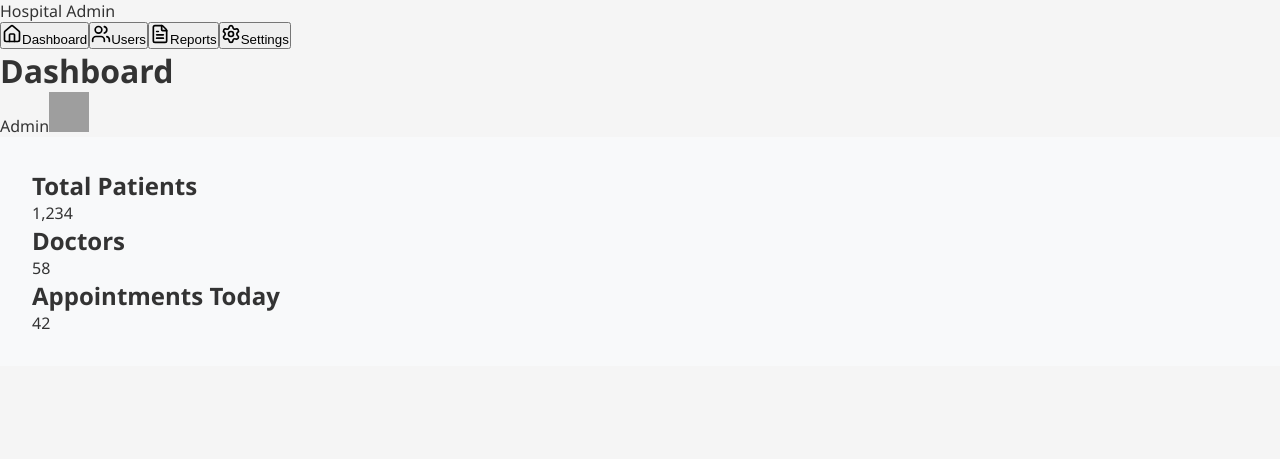
Repository: Ndegwa2/Kenyatta
Page: /admin (app in hospital-system/frontend/)
These files come from the project's save history. The page is drawn as it stood at one moment and after the next save; the edit follows.
The browser window is 1280 px wide. The pictures show the whole page.
Pictures or frames that could not be fetched are drawn as grey boxes. The project was rebuilt for these pictures with package versions that can differ from the ones it lists, and the page was loaded fresh each time. Also part of the build but not shown: hospital-system/frontend/src/services/auth.js, hospital-system/frontend/src/pages/Login.jsx, hospital-system/frontend/src/components/Navbar.jsx, hospital-system/frontend/src/components/Sidebar.jsx, hospital-system/frontend/src/components/TicketCard.jsx, hospital-system/frontend/src/services/api.js, hospital-system/frontend/src/pages/PatientDashboard.jsx, hospital-system/frontend/src/pages/DepartmentDashboard.jsx and 1 more.

Above is the page before, as saved 2025-10-16 23:25:22.

### hospital-system/frontend/public/index.html
<!DOCTYPE html>
<html lang="en">
<head>
    <meta charset="UTF-8">
    <meta name="viewport" content="width=device-width, initial-scale=1.0">
    <title>Hospital Management System</title>
</head>
<body>
    <div id="root"></div>
</body>
</html>

### hospital-system/frontend/src/App.jsx
import React from 'react';
import { BrowserRouter as Router, Routes, Route } from 'react-router-dom';
import './App.css';
import Login from './pages/Login';
import PatientDashboard from './pages/PatientDashboard';
import DepartmentDashboard from './pages/DepartmentDashboard';
import AdminDashboard from './pages/AdminDashboard';
import CasualDashboard from './pages/CasualDashboard';

function App() {
  return (
    <Router>
      <div className="App">
        <Routes>
          <Route path="/" element={<Login />} />
          <Route path="/patient" element={<PatientDashboard />} />
          <Route path="/department" element={<DepartmentDashboard />} />
          <Route path="/admin" element={<AdminDashboard />} />
          <Route path="/casual" element={<CasualDashboard />} />
        </Routes>
      </div>
    </Router>
  );
}

export default App;

### hospital-system/frontend/src/App.css
/* Global Styles */
* {
  margin: 0;
  padding: 0;
  box-sizing: border-box;
}

body {
  font-family: 'Segoe UI', Tahoma, Geneva, Verdana, sans-serif;
  background-color: #f5f5f5;
  color: #333;
}

.App {
  min-height: 100vh;
}

/* Login Styles */
.login {
  display: flex;
  justify-content: center;
  align-items: center;
  min-height: 100vh;
  background: linear-gradient(135deg, #667eea 0%, #764ba2 100%);
}

.login h2 {
  text-align: center;
  margin-bottom: 2rem;
  color: #fff;
  font-size: 2rem;
}

.login form {
  background: white;
  padding: 3rem;
  border-radius: 10px;
  box-shadow: 0 10px 25px rgba(0, 0, 0, 0.1);
  width: 100%;
  max-width: 400px;
}

.login input {
  width: 100%;
  padding: 1rem;
  margin-bottom: 1rem;
  border: 1px solid #ddd;
  border-radius: 5px;
  font-size: 1rem;
}

.login input:focus {
  outline: none;
  border-color: #667eea;
  box-shadow: 0 0 0 2px rgba(102, 126, 234, 0.1);
}

.login button {
  width: 100%;
  padding: 1rem;
  background: linear-gradient(135deg, #667eea 0%, #764ba2 100%);
  color: white;
  border: none;
  border-radius: 5px;
  font-size: 1rem;
  cursor: pointer;
  transition: transform 0.2s;
}

.login button:hover {
  transform: translateY(-2px);
}

/* Dashboard Styles */
.dashboard {
  display: flex;
  min-height: 100vh;
}

.content {
  display: flex;
  flex: 1;
}

main {
  flex: 1;
  padding: 2rem;
  background-color: #f8f9fa;
}

/* Navbar Styles */
.navbar {
  background: white;
  padding: 1rem 2rem;
  box-shadow: 0 2px 4px rgba(0, 0, 0, 0.1);
  margin-bottom: 2rem;
  border-radius: 8px;
}

.navbar h1 {
  color: #667eea;
}

/* Sidebar Styles */
.sidebar {
  width: 250px;
  background: white;
  padding: 2rem 1rem;
  box-shadow: 2px 0 4px rgba(0, 0, 0, 0.1);
}

.sidebar nav ul {
  list-style: none;
}

.sidebar nav li {
  margin-bottom: 1rem;
}

.sidebar nav a {
  display: block;
  padding: 0.75rem 1rem;
  text-decoration: none;
  color: #333;
  border-radius: 5px;
  transition: background-color 0.2s;
}

.sidebar nav a:hover,
.sidebar nav a.active {
  background-color: #667eea;
  color: white;
}

/* Card Styles */
.ticket-card {
  background: white;
  padding: 1.5rem;
  border-radius: 8px;
  box-shadow: 0 2px 4px rgba(0, 0, 0, 0.1);
  margin-bottom: 1rem;
  transition: transform 0.2s, box-shadow 0.2s;
}

.ticket-card:hover {
  transform: translateY(-2px);
  box-shadow: 0 4px 8px rgba(0, 0, 0, 0.15);
}

.ticket-card h3 {
  color: #667eea;
  margin-bottom: 0.5rem;
}

.ticket-card p {
  color: #666;
  margin-bottom: 0.5rem;
}

/* Status Badges */
.status-open {
  background-color: #28a745;
  color: white;
  padding: 0.25rem 0.5rem;
  border-radius: 12px;
  font-size: 0.75rem;
}

.status-in-progress {
  background-color: #ffc107;
  color: #212529;
  padding: 0.25rem 0.5rem;
  border-radius: 12px;
  font-size: 0.75rem;
}

.status-closed {
  background-color: #6c757d;
  color: white;
  padding: 0.25rem 0.5rem;
  border-radius: 12px;
  font-size: 0.75rem;
}

/* Button Styles */
.btn {
  padding: 0.5rem 1rem;
  border: none;
  border-radius: 5px;
  cursor: pointer;
  font-size: 0.9rem;
  transition: background-color 0.2s;
}

.btn-primary {
  background-color: #667eea;
  color: white;
}

.btn-primary:hover {
  background-color: #5a6fd8;
}

.btn-secondary {
  background-color: #6c757d;
  color: white;
}

.btn-secondary:hover {
  background-color: #5a6268;
}

/* Form Styles */
.form-group {
  margin-bottom: 1rem;
}

.form-group label {
  display: block;
  margin-bottom: 0.5rem;
  font-weight: 500;
}

.form-control {
  width: 100%;
  padding: 0.75rem;
  border: 1px solid #ddd;
  border-radius: 5px;
  font-size: 1rem;
}

.form-control:focus {
  outline: none;
  border-color: #667eea;
  box-shadow: 0 0 0 2px rgba(102, 126, 234, 0.1);
}

/* Utility Classes */
.text-center {
  text-align: center;
}

.mb-3 {
  margin-bottom: 1rem;
}

.mt-3 {
  margin-top: 1rem;
}

.d-flex {
  display: flex;
}

.justify-between {
  justify-content: space-between;
}

.align-center {
  align-items: center;
}

/* Responsive Design */
@media (max-width: 768px) {
  .content {
    flex-direction: column;
  }

  .sidebar {
    width: 100%;
    order: 2;
  }

  main {
    order: 1;
  }

  .login form {
    padding: 2rem;
  }
}

### hospital-system/frontend/src/pages/AdminDashboard.jsx
// src/pages/AdminDashboard.jsx
import { useState } from "react";
import { Home, Users, FileText, Settings } from "lucide-react";

export default function AdminDashboard() {
  const [active, setActive] = useState("Dashboard");

  const menuItems = [
    { name: "Dashboard", icon: <Home size={20} /> },
    { name: "Users", icon: <Users size={20} /> },
    { name: "Reports", icon: <FileText size={20} /> },
    { name: "Settings", icon: <Settings size={20} /> },
  ];

  return (
    <div className="flex h-screen bg-gray-100">
      {/* Sidebar */}
      <aside className="w-64 bg-blue-900 text-white flex flex-col">
        <div className="p-4 font-bold text-xl border-b border-blue-700">
          Hospital Admin
        </div>
        <nav className="flex-1 p-2">
          {menuItems.map((item) => (
            <button
              key={item.name}
              onClick={() => setActive(item.name)}
              className={`flex items-center w-full px-4 py-2 mb-2 rounded-lg ${
                active === item.name
                  ? "bg-blue-700 text-white"
                  : "text-gray-200 hover:bg-blue-800"
              }`}
            >
              {item.icon}
              <span className="ml-3">{item.name}</span>
            </button>
          ))}
        </nav>
      </aside>

      {/* Main Content */}
      <div className="flex-1 flex flex-col">
        {/* Header */}
        <header className="bg-white shadow p-4 flex justify-between items-center">
          <h1 className="text-xl font-semibold">{active}</h1>
          <div className="flex items-center space-x-4">
            <span className="text-gray-600">Admin</span>
            <img
              src="https://i.pravatar.cc/40"
              alt="avatar"
              className="w-10 h-10 rounded-full"
            />
          </div>
        </header>

        {/* Dashboard Content */}
        <main className="p-6 grid grid-cols-1 md:grid-cols-3 gap-6">
          <div className="bg-white rounded-xl shadow p-6">
            <h2 className="text-gray-600 text-sm">Total Patients</h2>
            <p className="text-2xl font-bold mt-2">1,234</p>
          </div>

          <div className="bg-white rounded-xl shadow p-6">
            <h2 className="text-gray-600 text-sm">Doctors</h2>
            <p className="text-2xl font-bold mt-2">58</p>
          </div>

          <div className="bg-white rounded-xl shadow p-6">
            <h2 className="text-gray-600 text-sm">Appointments Today</h2>
            <p className="text-2xl font-bold mt-2">42</p>
          </div>
        </main>
      </div>
    </div>
  );
}

Loaded but not shown: hospital-system/frontend/src/index.js (common file)

After the next save:
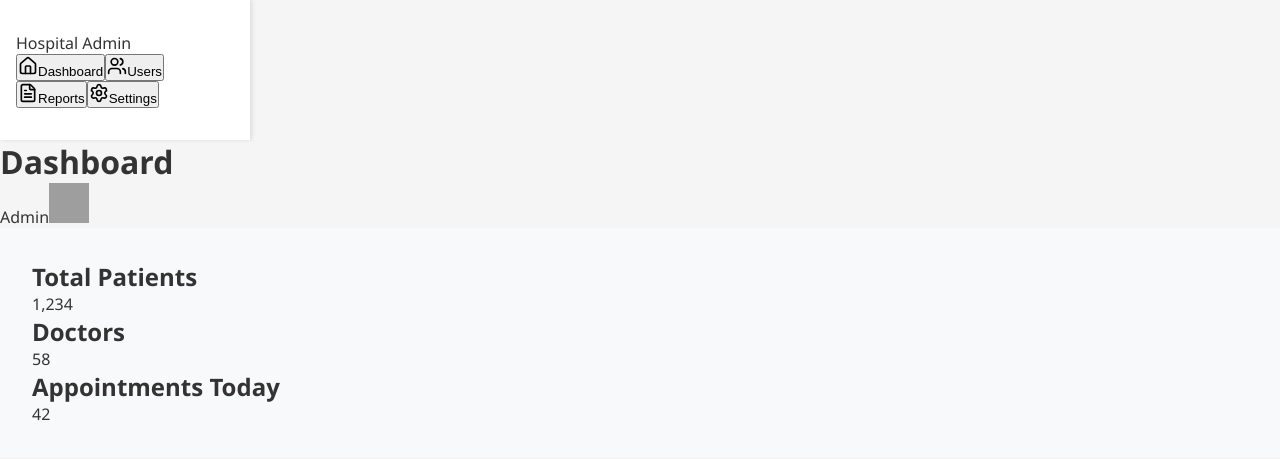
Saved 9 min 24 s later.
--- a/hospital-system/frontend/src/pages/AdminDashboard.jsx
+++ b/hospital-system/frontend/src/pages/AdminDashboard.jsx
@@ -13,22 +13,18 @@ export default function AdminDashboard() {
   ];
 
   return (
-    <div className="flex h-screen bg-gray-100">
+    <div className="admin-container">
       {/* Sidebar */}
-      <aside className="w-64 bg-blue-900 text-white flex flex-col">
-        <div className="p-4 font-bold text-xl border-b border-blue-700">
+      <aside className="sidebar">
+        <div className="sidebar-header">
           Hospital Admin
         </div>
-        <nav className="flex-1 p-2">
+        <nav>
           {menuItems.map((item) => (
             <button
               key={item.name}
               onClick={() => setActive(item.name)}
-              className={`flex items-center w-full px-4 py-2 mb-2 rounded-lg ${
-                active === item.name
-                  ? "bg-blue-700 text-white"
-                  : "text-gray-200 hover:bg-blue-800"
-              }`}
+              className={active === item.name ? "active" : ""}
             >
               {item.icon}
               <span className="ml-3">{item.name}</span>
@@ -38,35 +34,34 @@ export default function AdminDashboard() {
       </aside>
 
       {/* Main Content */}
-      <div className="flex-1 flex flex-col">
+      <div className="main">
         {/* Header */}
-        <header className="bg-white shadow p-4 flex justify-between items-center">
-          <h1 className="text-xl font-semibold">{active}</h1>
-          <div className="flex items-center space-x-4">
-            <span className="text-gray-600">Admin</span>
+        <header className="header">
+          <h1>{active}</h1>
+          <div className="user">
+            <span>Admin</span>
             <img
               src="https://i.pravatar.cc/40"
               alt="avatar"
-              className="w-10 h-10 rounded-full"
             />
           </div>
         </header>
 
         {/* Dashboard Content */}
-        <main className="p-6 grid grid-cols-1 md:grid-cols-3 gap-6">
-          <div className="bg-white rounded-xl shadow p-6">
-            <h2 className="text-gray-600 text-sm">Total Patients</h2>
-            <p className="text-2xl font-bold mt-2">1,234</p>
+        <main className="dashboard-content">
+          <div className="card">
+            <h2>Total Patients</h2>
+            <p>1,234</p>
           </div>
 
-          <div className="bg-white rounded-xl shadow p-6">
-            <h2 className="text-gray-600 text-sm">Doctors</h2>
-            <p className="text-2xl font-bold mt-2">58</p>
+          <div className="card">
+            <h2>Doctors</h2>
+            <p>58</p>
           </div>
 
-          <div className="bg-white rounded-xl shadow p-6">
-            <h2 className="text-gray-600 text-sm">Appointments Today</h2>
-            <p className="text-2xl font-bold mt-2">42</p>
+          <div className="card">
+            <h2>Appointments Today</h2>
+            <p>42</p>
           </div>
         </main>
       </div>
